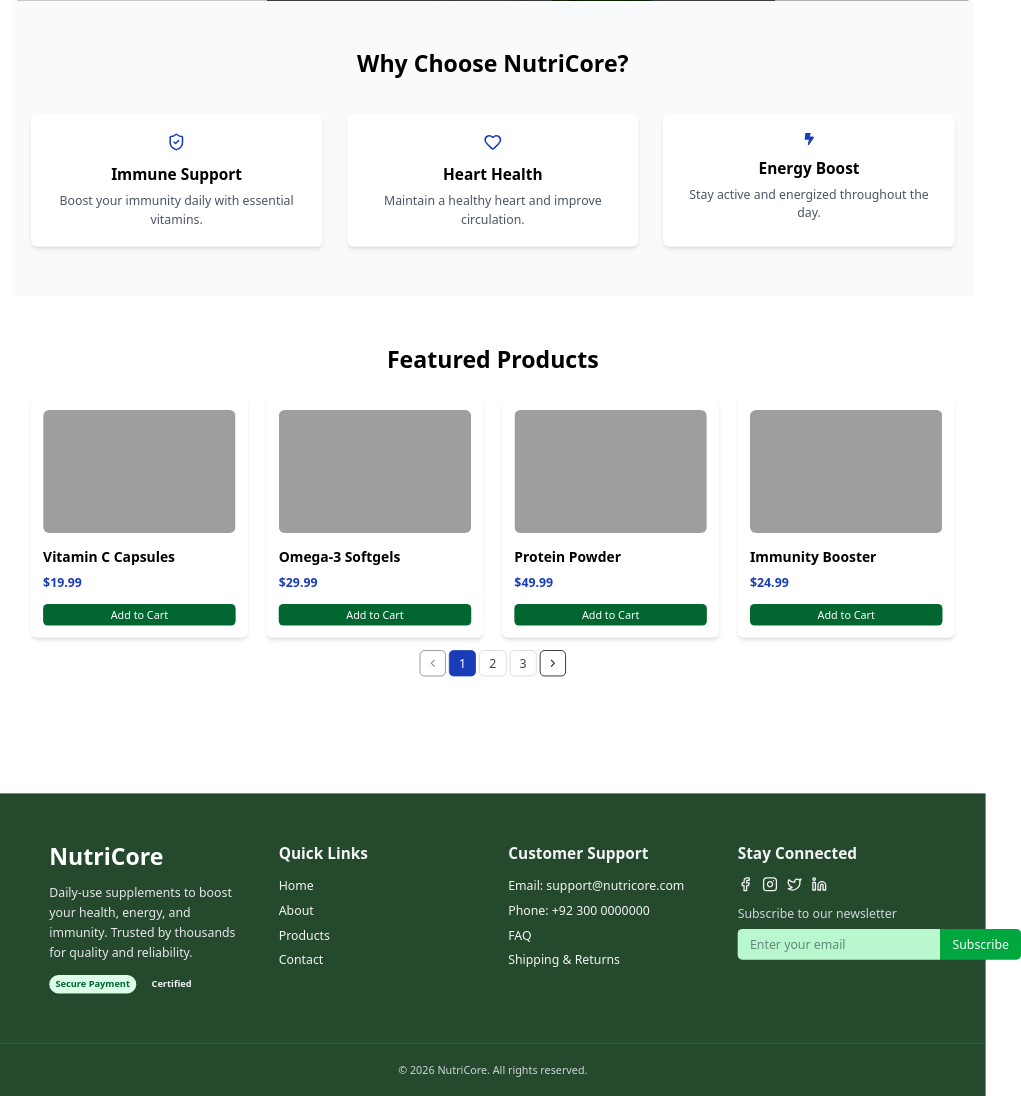
Repository: A-Nawaz512/NutriCore
Page: / (app in frontend/)
These files come from the project's save history. The page is drawn as it stood at one moment and after the next save; the edit follows.
The browser window is 1280 px wide. The page is 1326 px wide, so the pictures cover 1326 px, including what lies to the right of the window. The pictures show the part of the page from y = 664 to 2183 px (the page is 2087 px tall before and 2183 px after), at 77% of full size.
Pictures or frames that could not be fetched are drawn as grey boxes. The project was rebuilt for these pictures with package versions that can differ from the ones it lists, and the page was loaded fresh each time. Also part of the build but not shown: frontend/vite.config.ts.

Above is the page before, as saved 2026-02-17 19:26:28.

### frontend/src/main.tsx
import { StrictMode } from 'react'
import { createRoot } from 'react-dom/client'
import './index.css'
import App from './App.tsx'
import {BrowserRouter} from "react-router-dom"

createRoot(document.getElementById('root')!).render(
  <StrictMode>
     <BrowserRouter>
      <App />
    </BrowserRouter>
  </StrictMode>,
)

### frontend/src/App.tsx
import AppRouter from "./app/router/AppRouter"

function App() {
  return <AppRouter />
}

export default App

### frontend/src/app/router/AppRouter.tsx
import { Routes, Route } from "react-router-dom"
import { lazy, Suspense } from "react"

import MainLayout from "../../shared/components/layout/MainLayout"
// import AdminLayout from "@/shared/components/layout/AdminLayout"
// import ProtectedRoute from "./ProtectedRoute"
// import AdminRoute from "./AdminRoute"

const HomePage = lazy(() => import("../../features/home/pages/HomePage"))
// const AboutPage = lazy(() => import("@/features/about/pages/AboutPage"))
// const ProductsPage = lazy(() => import("@/features/products/pages/ProductsPage"))
// const ContactPage = lazy(() => import("@/features/contact/pages/ContactPage"))
// const LoginPage = lazy(() => import("@/features/auth/pages/LoginPage"))
// const SignupPage = lazy(() => import("@/features/auth/pages/SignupPage"))
// const DashboardPage = lazy(() => import("@/features/admin/pages/DashboardPage"))

const AppRouter = () => {
  return (
    <Suspense fallback={<div>Loading...</div>}>
      <Routes>
        {/* Public Layout */}
        <Route element={<MainLayout />}>
          <Route path="/" element={<HomePage />} />
          {/* <Route path="/about" element={<AboutPage />} />
          <Route path="/products" element={<ProductsPage />} />
          <Route path="/contact" element={<ContactPage />} /> */}
        </Route>

        {/* Auth */}
        {/* <Route path="/login" element={<LoginPage />} />
        <Route path="/signup" element={<SignupPage />} /> */}

        {/* Protected Admin */}
        {/* <Route element={<ProtectedRoute />}>
          <Route element={<AdminRoute />}>
            <Route element={<AdminLayout />}>
              <Route path="/admin/dashboard" element={<DashboardPage />} />
            </Route>
          </Route>
        </Route> */}
      </Routes>
    </Suspense>
  )
}

export default AppRouter

### frontend/src/shared/components/layout/MainLayout.tsx
import { Outlet } from "react-router-dom"
import Header from "./Header"
import Footer from "./Footer"

const MainLayout = () => {
  return (
    <div className="min-h-screen flex flex-col bg-white">
      <Header />
      <main className="flex-1 container mx-auto px-4 py-6">
        <Outlet />
      </main>
      <Footer />
    </div>
  )
}

export default MainLayout

### frontend/src/features/home/pages/HomePage.tsx
import { FC } from "react"
import HeroSection from "../components/HeroSection"
import BenefitsSection from "../components/BenefitsSection"
import FeaturedProducts from "../components/FeaturedProducts"

const HomePage: FC = () => {
  return (
    <>
      <HeroSection />
      <BenefitsSection />
      <FeaturedProducts />
    </>
  )
}

export default HomePage

### frontend/src/shared/components/layout/Header.tsx
import { FC, useState } from "react"
import { Link } from "react-router-dom"
import { ShoppingCart, Menu, X } from "lucide-react"
import Button from "../ui/Button"
import Badge from "../ui/Badge"

const Header: FC = () => {
  const [isMobileMenuOpen, setIsMobileMenuOpen] = useState(false)

  const navLinks = [
    { name: "Home", path: "/" },
    { name: "About", path: "/about" },
    { name: "Products", path: "/products" },
    { name: "Contact", path: "/contact" },
  ]

  return (
    <header className="bg-white shadow-md">
      <div className="container mx-auto flex items-center justify-between p-4">
        {/* Logo */}
        <Link to="/" className="text-2xl font-bold text-green-800">
          NutriCore
        </Link>

        {/* Desktop Navigation */}
        <nav className="hidden md:flex space-x-3">
          {navLinks.map(link => (
            <Link
              key={link.name}
              to={link.path}
              className="text-gray-700 hover:bg-green-800 hover:text-white rounded px-3 py-1 font-medium transition"
            >
              {link.name}
            </Link>
          ))}
        </nav>

        {/* Cart + Auth Buttons */}
        <div className="flex items-center space-x-4">
          <Link to="/cart" className="relative flex ">
            <ShoppingCart size={24} className="text-gray-700 hover:text-green-800 transition" />
            <Badge color="green" className="absolute -top-2 -right-2">
              2
            </Badge>
          </Link>
          <Button variant="outline" size="sm">
            Login
          </Button>
        </div>

        {/* Mobile Menu Toggle */}
        <div className="md:hidden">
          <button onClick={() => setIsMobileMenuOpen(prev => !prev)}>
            {isMobileMenuOpen ? <X size={24} /> : <Menu size={24} />}
          </button>
        </div>
      </div>

      {/* Mobile Menu */}
      {isMobileMenuOpen && (
        <div className="md:hidden bg-white shadow-md">
          {navLinks.map(link => (
            <Link
              key={link.name}
              to={link.path}
              className="block px-4 py-2 text-gray-700 hover:bg-gray-100 transition"
              onClick={() => setIsMobileMenuOpen(false)}
            >
              {link.name}
            </Link>
          ))}
        </div>
      )}
    </header>
  )
}

export default Header

### frontend/src/shared/components/layout/Footer.tsx
import { FC } from "react"
import { Link } from "react-router-dom"
import Badge from "../ui/Badge"
import { Facebook, Instagram, Twitter, Linkedin } from "lucide-react"

const Footer: FC = () => {
  return (
    <footer className="bg-[#25492D] text-gray-100 mt-16">
      <div className="container mx-auto py-16 px-8 md:px-16 grid md:grid-cols-4 gap-10">
        {/* Branding */}
        <div className="space-y-4">
          <h2 className="text-3xl font-bold text-white">NutriCore</h2>
          <p className="text-gray-200 leading-relaxed">
            Daily-use supplements to boost your health, energy, and immunity.
            Trusted by thousands for quality and reliability.
          </p>
          <div className="flex space-x-3 mt-2">
            <Badge color="green" className="rounded-md px-3 py-1 text-sm">Secure Payment</Badge>
            <Badge color="yellow" className="rounded-md px-3 py-1 text-sm">Certified</Badge>
          </div>
        </div>

        {/* Quick Links */}
        <div>
          <h3 className="text-xl font-semibold mb-4">Quick Links</h3>
          <ul className="space-y-2">
            <li>
              <Link to="/" className="hover:text-green-300 transition-colors duration-200">Home</Link>
            </li>
            <li>
              <Link to="/about" className="hover:text-green-300 transition-colors duration-200">About</Link>
            </li>
            <li>
              <Link to="/products" className="hover:text-green-300 transition-colors duration-200">Products</Link>
            </li>
            <li>
              <Link to="/contact" className="hover:text-green-300 transition-colors duration-200">Contact</Link>
            </li>
          </ul>
        </div>

        {/* Support / Contact */}
        <div>
          <h3 className="text-xl font-semibold mb-4">Customer Support</h3>
          <ul className="space-y-2">
            <li>Email: support@nutricore.com</li>
            <li>Phone: +92 300 0000000</li>
            <li>FAQ</li>
            <li>Shipping & Returns</li>
          </ul>
        </div>

        {/* Social + Newsletter */}
        <div className="space-y-4">
          <h3 className="text-xl font-semibold mb-4">Stay Connected</h3>
          <div className="flex space-x-3">
            <Link className="hover:text-green-300 transition-colors duration-200">
              <Facebook size={20} />
            </Link>
            <Link className="hover:text-green-300 transition-colors duration-200">
              <Instagram size={20} />
            </Link>
            <Link className="hover:text-green-300 transition-colors duration-200">
              <Twitter size={20} />
            </Link>
            <Link className="hover:text-green-300 transition-colors duration-200">
              <Linkedin size={20} />
            </Link>
          </div>
          <div className="mt-4">
            <p className="text-gray-300 mb-2">Subscribe to our newsletter</p>
            <div className="flex">
              <input
                type="email"
                placeholder="Enter your email"
                className="flex-1 px-4 py-2 bg-green-200 rounded-l-md focus:outline-none text-gray-900"
              />
              <button className="bg-green-600 hover:bg-green-700 px-4 py-2 rounded-r-md text-white transition-colors">
                Subscribe
              </button>
            </div>
          </div>
        </div>
      </div>

      <div className="border-t border-green-700 text-center py-6 text-gray-300 text-sm">
        &copy; {new Date().getFullYear()} NutriCore. All rights reserved.
      </div>
    </footer>
  )
}

export default Footer

### frontend/src/features/home/components/BenefitsSection.tsx
import { FC } from "react"
import { ShieldCheck, Heart } from "lucide-react"
import { FaBoltLightning } from "react-icons/fa6";
import Card from "../../../shared/components/ui/Card"

const benefits = [
  { icon: <ShieldCheck />, title: "Immune Support", description: "Boost your immunity daily with essential vitamins." },
  { icon: <Heart />, title: "Heart Health", description: "Maintain a healthy heart and improve circulation." },
  { icon: <FaBoltLightning />, title: "Energy Boost", description: "Stay active and energized throughout the day." },
]

const BenefitsSection: FC = () => {
  return (
    <section className="py-16 bg-gray-50">
      <div className="container mx-auto px-6 text-center">
        <h2 className="text-3xl font-bold mb-12">Why Choose NutriCore?</h2>
        <div className="grid md:grid-cols-3 gap-8">
          {benefits.map((benefit, idx) => (
            <Card key={idx} className="flex flex-col items-center text-center p-6">
              <div className="text-blue-800 mb-4">{benefit.icon}</div>
              <h3 className="text-xl font-semibold mb-2">{benefit.title}</h3>
              <p className="text-gray-600">{benefit.description}</p>
            </Card>
          ))}
        </div>
      </div>
    </section>
  )
}

export default BenefitsSection

### frontend/src/features/home/components/FeaturedProducts.tsx
import { FC } from "react"
import Card from "../../../shared/components/ui/Card"
import Button from "../../../shared/components/ui/Button"
import Pagination from "../../../shared/components/ui/Pagination"
import { useState } from "react"

const products = [
  {
    id: 1,
    name: "Vitamin C Capsules",
    price: 19.99,
    image: "https://images.pexels.com/photos/4057743/pexels-photo-4057743.jpeg",
  },
  {
    id: 2,
    name: "Omega-3 Softgels",
    price: 29.99,
    image: "https://images.pexels.com/photos/4057743/pexels-photo-4057743.jpeg",
  },
  {
    id: 3,
    name: "Protein Powder",
    price: 49.99,
    image: "https://images.pexels.com/photos/4057743/pexels-photo-4057743.jpeg",
  },
  {
    id: 4,
    name: "Immunity Booster",
    price: 24.99,
    image: "https://images.pexels.com/photos/4057743/pexels-photo-4057743.jpeg",
  },
]

const FeaturedProducts: FC = () => {
  const [currentPage, setCurrentPage] = useState(1)
  const totalPages = 3 // mock

  return (
    <section className="py-16 container mx-auto px-6">
      <h2 className="text-3xl font-bold mb-8 text-center">Featured Products</h2>
      <div className="grid md:grid-cols-4 gap-6">
        {products.map(product => (
          <Card key={product.id}>
            <img src={product.image} alt={product.name} className="rounded-lg mb-4 w-full h-40 object-cover" />
            <h3 className="text-lg font-semibold mb-2">{product.name}</h3>
            <p className="text-blue-800 font-bold mb-4">${product.price.toFixed(2)}</p>
            <Button variant="primary" size="sm" className="w-full">
              Add to Cart
            </Button>
          </Card>
        ))}
      </div>

      <Pagination currentPage={currentPage} totalPages={totalPages} onPageChange={setCurrentPage} />
    </section>
  )
}

export default FeaturedProducts

### frontend/src/shared/components/ui/Button.tsx
import { ButtonHTMLAttributes, FC, ReactNode } from "react"
import clsx from "clsx"
import { motion } from "framer-motion"

interface ButtonProps extends ButtonHTMLAttributes<HTMLButtonElement> {
  variant?: "primary" | "secondary" | "outline"
  size?: "sm" | "md" | "lg"
  children: ReactNode
}

const Button: FC<ButtonProps> = ({
  variant = "primary",
  size = "md",
  children,
  className,
  ...props
}) => {
  const baseClasses =
    "font-medium rounded-md transition-all duration-200 focus:outline-none focus:ring-2 focus:ring-offset-2 flex items-center justify-center"

  const variantClasses = clsx({
    "bg-green-800 text-white hover:bg-green-700 focus:ring-green-500 cursor-pointer": variant === "primary",
    "bg-gray-100 text-gray-900 hover:bg-gray-200 focus:ring-gray-400 cursor-pointer": variant === "secondary",
    "border-2 border-green-800 text-green-800 hover:text-white cursor-pointer hover:bg-green-800 focus:ring-green-500": variant === "outline"
  })

  const sizeClasses = clsx({
    "px-3 py-1 text-sm": size === "sm",
    "px-4 py-2 text-md": size === "md",
    "px-6 py-3 text-lg": size === "lg"
  })

  return (
    <motion.button
      whileTap={{ scale: 0.95 }}
      className={clsx(baseClasses, variantClasses, sizeClasses, className)}
      {...props}
    >
      {children}
    </motion.button>
  )
}

export default Button

### frontend/src/shared/components/ui/Badge.tsx
import { FC, ReactNode } from "react"
import clsx from "clsx"

interface BadgeProps {
  children: ReactNode
  color?: "blue" | "green" | "red" | "gray"
}

const Badge: FC<BadgeProps> = ({ children, color = "gray" }) => {
  const colors = clsx({
    "bg-blue-100 text-blue-800": color === "blue",
    "bg-green-100 text-green-800": color === "green",
    "bg-red-100 text-red-800": color === "red",
    "bg-gray-100 text-gray-800": color === "gray",
  })

  return <span className={clsx("px-2 py-1 text-xs rounded-full font-semibold", colors)}>{children}</span>
}

export default Badge

### frontend/src/shared/components/ui/Card.tsx
import { FC, ReactNode } from "react"
import clsx from "clsx"

interface CardProps {
  children: ReactNode
  className?: string
}

const Card: FC<CardProps> = ({ children, className }) => {
  return (
    <div className={clsx("bg-white shadow-md rounded-lg p-4 transition hover:shadow-lg", className)}>
      {children}
    </div>
  )
}

export default Card

### frontend/src/shared/components/ui/Pagination.tsx
import { FC } from "react"
import clsx from "clsx"
import { ChevronLeft, ChevronRight } from "lucide-react"

interface PaginationProps {
  currentPage: number
  totalPages: number
  onPageChange: (page: number) => void
  siblingCount?: number // number of pages to show around current
}

const Pagination: FC<PaginationProps> = ({
  currentPage,
  totalPages,
  onPageChange,
  siblingCount = 1,
}) => {
  if (totalPages === 0) return null

  const generatePages = () => {
    const pages: (number | "...")[] = []

    const startPage = Math.max(2, currentPage - siblingCount)
    const endPage = Math.min(totalPages - 1, currentPage + siblingCount)

    // Always show first page
    pages.push(1)

    // Left ellipsis
    if (startPage > 2) {
      pages.push("...")
    }

    // Middle pages
    for (let i = startPage; i <= endPage; i++) {
      pages.push(i)
    }

    // Right ellipsis
    if (endPage < totalPages - 1) {
      pages.push("...")
    }

    // Always show last page if totalPages > 1
    if (totalPages > 1) pages.push(totalPages)

    return pages
  }

  const pages = generatePages()

  return (
    <div className="flex items-center space-x-1 mt-4 justify-center">
      {/* Previous Button */}
      <button
        onClick={() => onPageChange(currentPage - 1)}
        disabled={currentPage === 1}
        className={clsx(
          "p-2 rounded-md border hover:bg-gray-100 disabled:opacity-50 disabled:cursor-not-allowed",
        )}
      >
        <ChevronLeft size={16} />
      </button>

      {/* Page Numbers */}
      {pages.map((page, idx) =>
        page === "..." ? (
          <span key={idx} className="px-2 text-gray-500">
            ...
          </span>
        ) : (
          <button
            key={idx}
            onClick={() => onPageChange(page as number)}
            className={clsx(
              "px-3 py-1 rounded-md border transition",
              page === currentPage
                ? "bg-blue-800 text-white border-blue-800"
                : "hover:bg-gray-100 border-gray-300 text-gray-700"
            )}
          >
            {page}
          </button>
        )
      )}

      {/* Next Button */}
      <button
        onClick={() => onPageChange(currentPage + 1)}
        disabled={currentPage === totalPages}
        className={clsx(
          "p-2 rounded-md border hover:bg-gray-100 disabled:opacity-50 disabled:cursor-not-allowed"
        )}
      >
        <ChevronRight size={16} />
      </button>
    </div>
  )
}

export default Pagination

Loaded but not shown: frontend/index.html (common file); frontend/src/index.css (common file); frontend/src/features/home/components/HeroSection.tsx (119 lines, source omitted)

After the next save:
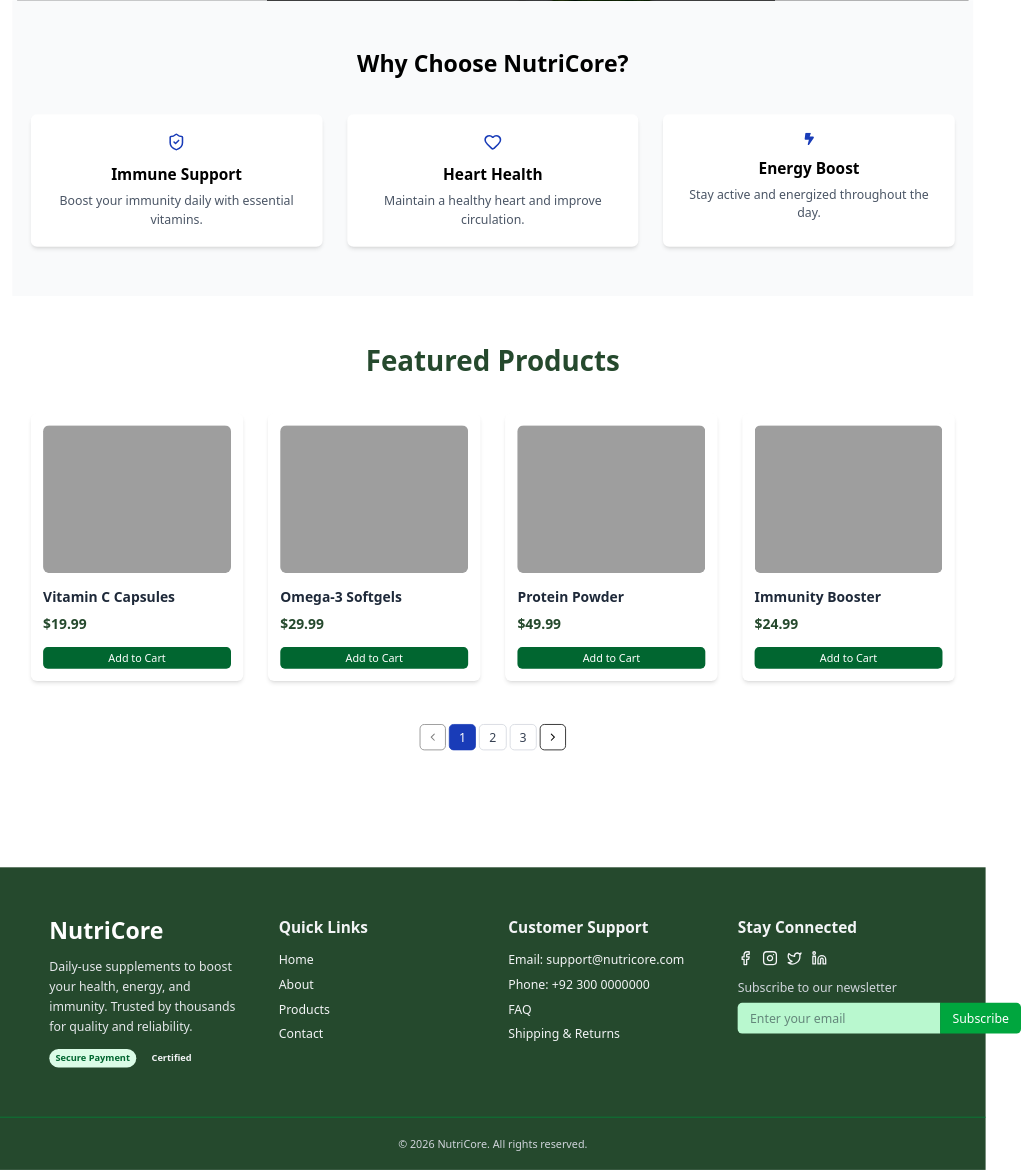
Saved 4 min 51 s later.
--- a/frontend/src/features/home/components/FeaturedProducts.tsx
+++ b/frontend/src/features/home/components/FeaturedProducts.tsx
@@ -1,8 +1,7 @@
-import { FC } from "react"
+import { FC, useState } from "react"
 import Card from "../../../shared/components/ui/Card"
 import Button from "../../../shared/components/ui/Button"
 import Pagination from "../../../shared/components/ui/Pagination"
-import { useState } from "react"
 
 const products = [
   {
@@ -37,21 +36,39 @@ const FeaturedProducts: FC = () => {
 
   return (
     <section className="py-16 container mx-auto px-6">
-      <h2 className="text-3xl font-bold mb-8 text-center">Featured Products</h2>
-      <div className="grid md:grid-cols-4 gap-6">
+      <h2 className="text-3xl md:text-4xl font-bold mb-12 text-center text-[#25492D]">
+        Featured Products
+      </h2>
+
+      <div className="grid grid-cols-1 sm:grid-cols-2 md:grid-cols-4 gap-8">
         {products.map(product => (
-          <Card key={product.id}>
-            <img src={product.image} alt={product.name} className="rounded-lg mb-4 w-full h-40 object-cover" />
-            <h3 className="text-lg font-semibold mb-2">{product.name}</h3>
-            <p className="text-blue-800 font-bold mb-4">${product.price.toFixed(2)}</p>
-            <Button variant="primary" size="sm" className="w-full">
+          <Card
+            key={product.id}
+            className="hover:shadow-xl transition-shadow duration-300 flex flex-col justify-between"
+          >
+            <div>
+              <img
+                src={product.image}
+                alt={product.name}
+                className="rounded-lg mb-4 w-full h-48 object-cover"
+              />
+              <h3 className="text-lg font-semibold mb-2 text-gray-800">{product.name}</h3>
+              <p className="text-[#25492D] font-bold text-lg mb-4">${product.price.toFixed(2)}</p>
+            </div>
+            <Button variant="primary" size="sm" className="w-full mt-auto">
               Add to Cart
             </Button>
           </Card>
         ))}
       </div>
 
-      <Pagination currentPage={currentPage} totalPages={totalPages} onPageChange={setCurrentPage} />
+      <div className="mt-10 flex justify-center">
+        <Pagination
+          currentPage={currentPage}
+          totalPages={totalPages}
+          onPageChange={setCurrentPage}
+        />
+      </div>
     </section>
   )
 }
